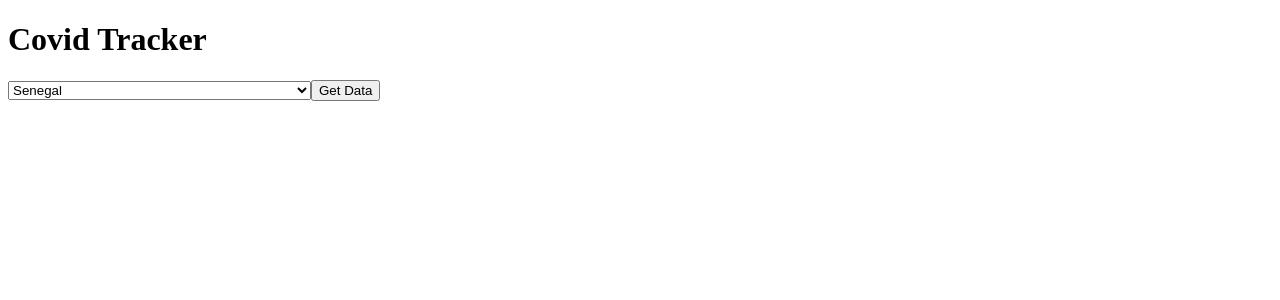
Repository: isopets/react-corona-tracker-app
Page: /
These files come from the project's save history. The page is drawn as it stood at one moment and after a run of saves; the edit follows.
The browser window is 1280 px wide. The pictures show the whole page.
The project was rebuilt for these pictures with package versions that can differ from the ones it lists, and the page was loaded fresh each time. Also part of the build but not shown: src/App.css.

Above is the page before, as saved 2022-06-17 01:21:31.

### src/App.js
import "./App.css";
import TopPage from "./pages/TopPage";

function App() {
  return (
    <div>
      <TopPage />
    </div>
  );
}

export default App;

### src/pages/TopPage.js
import Title from "../components/Title";
import Selector from "../components/Selector";
const TopPage = () => {
  return (
    <div>
      <Title />
      <Selector />
    </div>
  );
};

export default TopPage;

### src/components/Title.js
const Title = () => {
  return <div><h1>Covid Tracker</h1> </div>;
};

export default Title;

### src/components/Selector.js
import countriesJson from "../countries.json";
import {useState} from "react";
const Selector = () => {
  const [country, setCountry] = useState("");
  const getCountryData = () => {
    fetch("https://api.covid19api.com/country/{country}")
      .then(res => res.json())
      .then(data => console.log(data));
  };
  return (
    <div>
      <select onChange={e => setCountry(e.target.value)}>
        {countriesJson.map((country, index) => (
          <option key={index} value={country.Slug}>
            {country.Country}
          </option>
        ))}
      </select>
      <button onClick={getCountryData}>Get Data</button>
    </div>
  );
};

export default Selector;

### src/countries.json
[{
        "Country": "Senegal",
        "Slug": "senegal",
        "ISO2": "SN"
    },
    {
        "Country": "United States of America",
        "Slug": "united-states",
        "ISO2": "US"
    },
    {
        "Country": "Antigua and Barbuda",
        "Slug": "antigua-and-barbuda",
        "ISO2": "AG"
    },
    {
        "Country": "Greece",
        "Slug": "greece",
        "ISO2": "GR"
    },
    {
        "Country": "Myanmar",
        "Slug": "myanmar",
        "ISO2": "MM"
    },
    {
        "Country": "Angola",
        "Slug": "angola",
        "ISO2": "AO"
    },
    {
        "Country": "British Virgin Islands",
        "Slug": "british-virgin-islands",
        "ISO2": "VG"
    },
    {
        "Country": "Japan",
        "Slug": "japan",
        "ISO2": "JP"
    },
    {
        "Country": "Liechtenstein",
        "Slug": "liechtenstein",
        "ISO2": "LI"
    },
    {
        "Country": "Nigeria",
        "Slug": "nigeria",
        "ISO2": "NG"
    },
    {
        "Country": "Rwanda",
        "Slug": "rwanda",
        "ISO2": "RW"
    },
    {
        "Country": "Vanuatu",
        "Slug": "vanuatu",
        "ISO2": "VU"
    },
    {
        "Country": "Mali",
        "Slug": "mali",
        "ISO2": "ML"
    },
    {
        "Country": "Nauru",
        "Slug": "nauru",
        "ISO2": "NR"
    },
    {
        "Country": "Brazil",
        "Slug": "brazil",
        "ISO2": "BR"
    },
    {
        "Country": "Chile",
        "Slug": "chile",
        "ISO2": "CL"
    },
    {
        "Country": "Cocos (Keeling) Islands",
        "Slug": "cocos-keeling-islands",
        "ISO2": "CC"
    },
    {
        "Country": "Grenada",
        "Slug": "grenada",
        "ISO2": "GD"
    },
    {
        "Country": "Slovenia",
        "Slug": "slovenia",
        "ISO2": "SI"
    },
    {
        "Country": "Virgin Islands, US",
        "Slug": "virgin-islands",
        "ISO2": "VI"
    },
    {
        "Country": "Belize",
        "Slug": "belize",
        "ISO2": "BZ"
    },
    {
        "Country": "Comoros",
        "Slug": "comoros",
        "ISO2": "KM"
    },
    {
        "Country": "Estonia",
        "Slug": "estonia",
        "ISO2": "EE"
    },
    {
        "Country": "Singapore",
        "Slug": "singapore",
        "ISO2": "SG"
    },
    {
        "Country": "Barbados",
        "Slug": "barbados",
        "ISO2": "BB"
    },
    {
        "Country": "Namibia",
        "Slug": "namibia",
        "ISO2": "NA"
    },
    {
        "Country": "Tunisia",
        "Slug": "tunisia",
        "ISO2": "TN"
    },
    {
        "Country": "Central African Republic",
        "Slug": "central-african-republic",
        "ISO2": "CF"
    },
    {
        "Country": "Costa Rica",
        "Slug": "costa-rica",
        "ISO2": "CR"
    },
    {
        "Country": "Jersey",
        "Slug": "jersey",
        "ISO2": "JE"
    },
    {
        "Country": "Romania",
        "Slug": "romania",
        "ISO2": "RO"
    },
    {
        "Country": "Western Sahara",
        "Slug": "western-sahara",
        "ISO2": "EH"
    },
    {
        "Country": "Cameroon",
        "Slug": "cameroon",
        "ISO2": "CM"
    },
    {
        "Country": "Tonga",
        "Slug": "tonga",
        "ISO2": "TO"
    },
    {
        "Country": "American Samoa",
        "Slug": "american-samoa",
        "ISO2": "AS"
    },
    {
        "Country": "Colombia",
        "Slug": "colombia",
        "ISO2": "CO"
    },
    {
        "Country": "Mayotte",
        "Slug": "mayotte",
        "ISO2": "YT"
    },
    {
        "Country": "Uzbekistan",
        "Slug": "uzbekistan",
        "ISO2": "UZ"
    },
    {
        "Country": "Eritrea",
        "Slug": "eritrea",
        "ISO2": "ER"
    },
    {
        "Country": "Mongolia",
        "Slug": "mongolia",
        "ISO2": "MN"
    },
    {
        "Country": "New Caledonia",
        "Slug": "new-caledonia",
        "ISO2": "NC"
    },
    {
        "Country": "Zambia",
        "Slug": "zambia",
        "ISO2": "ZM"
    },
    {
        "Country": "Mexico",
        "Slug": "mexico",
        "ISO2": "MX"
    },
    {
        "Country": "Papua New Guinea",
        "Slug": "papua-new-guinea",
        "ISO2": "PG"
    },
    {
        "Country": "Liberia",
        "Slug": "liberia",
        "ISO2": "LR"
    },
    {
        "Country": "Malaysia",
        "Slug": "malaysia",
        "ISO2": "MY"
    },
    {
        "Country": "Niger",
        "Slug": "niger",
        "ISO2": "NE"
    },
    {
        "Country": "India",
        "Slug": "india",
        "ISO2": "IN"
    },
    {
        "Country": "Guinea",
        "Slug": "guinea",
        "ISO2": "GN"
    },
    {
        "Country": "Malawi",
        "Slug": "malawi",
        "ISO2": "MW"
    },
    {
        "Country": "Maldives",
        "Slug": "maldives",
        "ISO2": "MV"
    },
    {
        "Country": "Uganda",
        "Slug": "uganda",
        "ISO2": "UG"
    },
    {
        "Country": "Dominican Republic",
        "Slug": "dominican-republic",
        "ISO2": "DO"
    },
    {
        "Country": "French Polynesia",
        "Slug": "french-polynesia",
        "ISO2": "PF"
    },
    {
        "Country": "Gabon",
        "Slug": "gabon",
        "ISO2": "GA"
    },
    {
        "Country": "Martinique",
        "Slug": "martinique",
        "ISO2": "MQ"
    },
    {
        "Country": "Niue",
        "Slug": "niue",
        "ISO2": "NU"
    },
    {
        "Country": "San Marino",
        "Slug": "san-marino",
        "ISO2": "SM"
    },
    {
        "Country": "Burkina Faso",
        "Slug": "burkina-faso",
        "ISO2": "BF"
    },
    {
        "Country": "Cape Verde",
        "Slug": "cape-verde",
        "ISO2": "CV"
    },
    {
        "Country": "Guyana",
        "Slug": "guyana",
        "ISO2": "GY"
    },
    {
        "Country": "Kiribati",
        "Slug": "kiribati",
        "ISO2": "KI"
    },
    {
        "Country": "Libya",
        "Slug": "libya",
        "ISO2": "LY"
    },
    {
        "Country": "Mauritius",
        "Slug": "mauritius",
        "ISO2": "MU"
    },
    {
        "Country": "Saint Pierre and Miquelon",
        "Slug": "saint-pierre-and-miquelon",
        "ISO2": "PM"
    },
    {
        "Country": "Belgium",
        "Slug": "belgium",
        "ISO2": "BE"
    },
    {
        "Country": "Thailand",
        "Slug": "thailand",
        "ISO2": "TH"
    },
    {
        "Country": "Dominica",
        "Slug": "dominica",
        "ISO2": "DM"
    },
    {
        "Country": "Netherlands",
        "Slug": "netherlands",
        "ISO2": "NL"
    },
    {
        "Country": "Republic of Kosovo",
        "Slug": "kosovo",
        "ISO2": "XK"
    },
    {
        "Country": "Brunei Darussalam",
        "Slug": "brunei",
        "ISO2": "BN"
    },
    {
        "Country": "Algeria",
        "Slug": "algeria",
        "ISO2": "DZ"
    },
    {
        "Country": "Anguilla",
        "Slug": "anguilla",
        "ISO2": "AI"
    },
    {
        "Country": "Croatia",
        "Slug": "croatia",
        "ISO2": "HR"
    },
    {
        "Country": "Faroe Islands",
        "Slug": "faroe-islands",
        "ISO2": "FO"
    },
    {
        "Country": "Saint Helena",
        "Slug": "saint-helena",
        "ISO2": "SH"
    },
    {
        "Country": "Saint Kitts and Nevis",
        "Slug": "saint-kitts-and-nevis",
        "ISO2": "KN"
    },
    {
        "Country": "Serbia",
        "Slug": "serbia",
        "ISO2": "RS"
    },
    {
        "Country": "Egypt",
        "Slug": "egypt",
        "ISO2": "EG"
    },
    {
        "Country": "Israel",
        "Slug": "israel",
        "ISO2": "IL"
    },
    {
        "Country": "Uruguay",
        "Slug": "uruguay",
        "ISO2": "UY"
    },
    {
        "Country": "British Indian Ocean Territory",
        "Slug": "british-indian-ocean-territory",
        "ISO2": "IO"
    },
    {
        "Country": "Isle of Man",
        "Slug": "isle-of-man",
        "ISO2": "IM"
    },
    {
        "Country": "Korea (North)",
        "Slug": "korea-north",
        "ISO2": "KP"
    },
    {
        "Country": "Macedonia, Republic of",
        "Slug": "macedonia",
        "ISO2": "MK"
    },
    {
        "Country": "Marshall Islands",
        "Slug": "marshall-islands",
        "ISO2": "MH"
    },
    {
        "Country": "Slovakia",
        "Slug": "slovakia",
        "ISO2": "SK"
    },
    {
        "Country": "South Africa",
        "Slug": "south-africa",
        "ISO2": "ZA"
    },
    {
        "Country": "Turkey",
        "Slug": "turkey",
        "ISO2": "TR"
    },
    {
        "Country": "Spain",
        "Slug": "spain",
        "ISO2": "ES"
    },
    {
        "Country": "Sweden",
        "Slug": "sweden",
        "ISO2": "SE"
    },
    {
        "Country": "Switzerland",
        "Slug": "switzerland",
        "ISO2": "CH"
    },
    {
        "Country": "Cayman Islands",
        "Slug": "cayman-islands",
        "ISO2": "KY"
    },
    {
        "Country": "Hong Kong, SAR China",
        "Slug": "hong-kong-sar-china",
        "ISO2": "HK"
    },
    {
        "Country": "Bangladesh",
        "Slug": "bangladesh",
        "ISO2": "BD"
    },
    {
        "Country": "Lebanon",
        "Slug": "lebanon",
        "ISO2": "LB"
    },
    {
        "Country": "Saint Lucia",
        "Slug": "saint-lucia",
        "ISO2": "LC"
    },
    {
        "Country": "Saint Vincent and Grenadines",
        "Slug": "saint-vincent-and-the-grenadines",
        "ISO2": "VC"
    },
    {
        "Country": "Solomon Islands",
        "Slug": "solomon-islands",
        "ISO2": "SB"
    },
    {
        "Country": "Afghanistan",
        "Slug": "afghanistan",
        "ISO2": "AF"
    },
    {
        "Country": "Georgia",
        "Slug": "georgia",
        "ISO2": "GE"
    },
    {
        "Country": "Jamaica",
        "Slug": "jamaica",
        "ISO2": "JM"
    },
    {
        "Country": "Antarctica",
        "Slug": "antarctica",
        "ISO2": "AQ"
    },
    {
        "Country": "Denmark",
        "Slug": "denmark",
        "ISO2": "DK"
    },
    {
        "Country": "Ecuador",
        "Slug": "ecuador",
        "ISO2": "EC"
    },
    {
        "Country": "Sri Lanka",
        "Slug": "sri-lanka",
        "ISO2": "LK"
    },
    {
        "Country": "Guam",
        "Slug": "guam",
        "ISO2": "GU"
    },
    {
        "Country": "Saint-Barthélemy",
        "Slug": "saint-barthélemy",
        "ISO2": "BL"
    },
    {
        "Country": "ALA Aland Islands",
        "Slug": "ala-aland-islands",
        "ISO2": "AX"
    },
    {
        "Country": "Czech Republic",
        "Slug": "czech-republic",
        "ISO2": "CZ"
    },
    {
        "Country": "Lithuania",
        "Slug": "lithuania",
        "ISO2": "LT"
    },
    {
        "Country": "Tuvalu",
        "Slug": "tuvalu",
        "ISO2": "TV"
    },
    {
        "Country": "Azerbaijan",
        "Slug": "azerbaijan",
        "ISO2": "AZ"
    },
    {
        "Country": "Luxembourg",
        "Slug": "luxembourg",
        "ISO2": "LU"
    },
    {
        "Country": "Ethiopia",
        "Slug": "ethiopia",
        "ISO2": "ET"
    },
    {
        "Country": "Armenia",
        "Slug": "armenia",
        "ISO2": "AM"
    },
    {
        "Country": "Bahamas",
        "Slug": "bahamas",
        "ISO2": "BS"
    },
    {
        "Country": "Germany",
        "Slug": "germany",
        "ISO2": "DE"
    },
    {
        "Country": "Malta",
        "Slug": "malta",
        "ISO2": "MT"
    },
    {
        "Country": "Argentina",
        "Slug": "argentina",
        "ISO2": "AR"
    },
    {
        "Country": "Bhutan",
        "Slug": "bhutan",
        "ISO2": "BT"
    },
    {
        "Country": "Cuba",
        "Slug": "cuba",
        "ISO2": "CU"
    },
    {
        "Country": "Kuwait",
        "Slug": "kuwait",
        "ISO2": "KW"
    },
    {
        "Country": "Latvia",
        "Slug": "latvia",
        "ISO2": "LV"
    },
    {
        "Country": "Peru",
        "Slug": "peru",
        "ISO2": "PE"
    },
    {
        "Country": "Northern Mariana Islands",
        "Slug": "northern-mariana-islands",
        "ISO2": "MP"
    },
    {
        "Country": "Palau",
        "Slug": "palau",
        "ISO2": "PW"
    },
    {
        "Country": "Syrian Arab Republic (Syria)",
        "Slug": "syria",
        "ISO2": "SY"
    },
    {
        "Country": "Viet Nam",
        "Slug": "vietnam",
        "ISO2": "VN"
    },
    {
        "Country": "El Salvador",
        "Slug": "el-salvador",
        "ISO2": "SV"
    },
    {
        "Country": "Falkland Islands (Malvinas)",
        "Slug": "falkland-islands-malvinas",
        "ISO2": "FK"
    },
    {
        "Country": "Fiji",
        "Slug": "fiji",
        "ISO2": "FJ"
    },
    {
        "Country": "Gibraltar",
        "Slug": "gibraltar",
        "ISO2": "GI"
    },
    {
        "Country": "Micronesia, Federated States of",
        "Slug": "micronesia",
        "ISO2": "FM"
    },
    {
        "Country": "Nepal",
        "Slug": "nepal",
        "ISO2": "NP"
    },
    {
        "Country": "Bolivia",
        "Slug": "bolivia",
        "ISO2": "BO"
    },
    {
        "Country": "Wallis and Futuna Islands",
        "Slug": "wallis-and-futuna-islands",
        "ISO2": "WF"
    },
    {
        "Country": "Burundi",
        "Slug": "burundi",
        "ISO2": "BI"
    },
    {
        "Country": "Honduras",
        "Slug": "honduras",
        "ISO2": "HN"
    },
    {
        "Country": "Hungary",
        "Slug": "hungary",
        "ISO2": "HU"
    },
    {
        "Country": "Somalia",
        "Slug": "somalia",
        "ISO2": "SO"
    },
    {
        "Country": "Timor-Leste",
        "Slug": "timor-leste",
        "ISO2": "TL"
    },
    {
        "Country": "Turks and Caicos Islands",
        "Slug": "turks-and-caicos-islands",
        "ISO2": "TC"
    },
    {
        "Country": "Djibouti",
        "Slug": "djibouti",
        "ISO2": "DJ"
    },
    {
        "Country": "Paraguay",
        "Slug": "paraguay",
        "ISO2": "PY"
    },
    {
        "Country": "Sierra Leone",
        "Slug": "sierra-leone",
        "ISO2": "SL"
    },
    {
        "Country": "Sudan",
        "Slug": "sudan",
        "ISO2": "SD"
    },
    {
        "Country": "Côte d'Ivoire",
        "Slug": "cote-divoire",
        "ISO2": "CI"
    },
    {
        "Country": "Netherlands Antilles",
        "Slug": "netherlands-antilles",
        "ISO2": "AN"
    },
    {
        "Country": "Nicaragua",
        "Slug": "nicaragua",
        "ISO2": "NI"
    },
    {
        "Country": "Pakistan",
        "Slug": "pakistan",
        "ISO2": "PK"
    },
    {
        "Country": "Puerto Rico",
        "Slug": "puerto-rico",
        "ISO2": "PR"
    },
    {
        "Country": "Sao Tome and Principe",
        "Slug": "sao-tome-and-principe",
        "ISO2": "ST"
    },
    {
        "Country": "Italy",
        "Slug": "italy",
        "ISO2": "IT"
    },
    {
        "Country": "Bouvet Island",
        "Slug": "bouvet-island",
        "ISO2": "BV"
    },
    {
        "Country": "Bulgaria",
        "Slug": "bulgaria",
        "ISO2": "BG"
    },
    {
        "Country": "Cook Islands",
        "Slug": "cook-islands",
        "ISO2": "CK"
    },
    {
        "Country": "Turkmenistan",
        "Slug": "turkmenistan",
        "ISO2": "TM"
    },
    {
        "Country": "Aruba",
        "Slug": "aruba",
        "ISO2": "AW"
    },
    {
        "Country": "Montenegro",
        "Slug": "montenegro",
        "ISO2": "ME"
    },
    {
        "Country": "Morocco",
        "Slug": "morocco",
        "ISO2": "MA"
    },
    {
        "Country": "Russian Federation",
        "Slug": "russia",
        "ISO2": "RU"
    },
    {
        "Country": "Equatorial Guinea",
        "Slug": "equatorial-guinea",
        "ISO2": "GQ"
    },
    {
        "Country": "Qatar",
        "Slug": "qatar",
        "ISO2": "QA"
    },
    {
        "Country": "Greenland",
        "Slug": "greenland",
        "ISO2": "GL"
    },
    {
        "Country": "Palestinian Territory",
        "Slug": "palestine",
        "ISO2": "PS"
    },
    {
        "Country": "Réunion",
        "Slug": "réunion",
        "ISO2": "RE"
    },
    {
        "Country": "Seychelles",
        "Slug": "seychelles",
        "ISO2": "SC"
    },
    {
        "Country": "Tajikistan",
        "Slug": "tajikistan",
        "ISO2": "TJ"
    },
    {
        "Country": "Montserrat",
        "Slug": "montserrat",
        "ISO2": "MS"
    },
    {
        "Country": "United Arab Emirates",
        "Slug": "united-arab-emirates",
        "ISO2": "AE"
    },
    {
        "Country": "Guatemala",
        "Slug": "guatemala",
        "ISO2": "GT"
    },
    {
        "Country": "Madagascar",
        "Slug": "madagascar",
        "ISO2": "MG"
    },
    {
        "Country": "Bosnia and Herzegovina",
        "Slug": "bosnia-and-herzegovina",
        "ISO2": "BA"
    },
    {
        "Country": "Trinidad and Tobago",
        "Slug": "trinidad-and-tobago",
        "ISO2": "TT"
    },
    {
        "Country": "United Kingdom",
        "Slug": "united-kingdom",
        "ISO2": "GB"
    },
    {
        "Country": "Finland",
        "Slug": "finland",
        "ISO2": "FI"
    },
    {
        "Country": "Kyrgyzstan",
        "Slug": "kyrgyzstan",
        "ISO2": "KG"
    },
    {
        "Country": "Macao, SAR China",
        "Slug": "macao-sar-china",
        "ISO2": "MO"
    },
    {
        "Country": "Moldova",
        "Slug": "moldova",
        "ISO2": "MD"
    },
    {
        "Country": "Botswana",
        "Slug": "botswana",
        "ISO2": "BW"
    },
    {
        "Country": "Korea (South)",
        "Slug": "korea-south",
        "ISO2": "KR"
    },
    {
        "Country": "Oman",
        "Slug": "oman",
        "ISO2": "OM"
    },
    {
        "Country": "Saudi Arabia",
        "Slug": "saudi-arabia",
        "ISO2": "SA"
    },
    {
        "Country": "South Georgia and the South Sandwich Islands",
        "Slug": "south-georgia-and-the-south-sandwich-islands",
        "ISO2": "GS"
    },
    {
        "Country": "Swaziland",
        "Slug": "swaziland",
        "ISO2": "SZ"
    },
    {
        "Country": "China",
        "Slug": "china",
        "ISO2": "CN"
    },
    {
        "Country": "Bermuda",
        "Slug": "bermuda",
        "ISO2": "BM"
    },
    {
        "Country": "Iceland",
        "Slug": "iceland",
        "ISO2": "IS"
    },
    {
        "Country": "Christmas Island",
        "Slug": "christmas-island",
        "ISO2": "CX"
    },
    {
        "Country": "Congo (Brazzaville)",
        "Slug": "congo-brazzaville",
        "ISO2": "CG"
    },
    {
        "Country": "Kazakhstan",
        "Slug": "kazakhstan",
        "ISO2": "KZ"
    },
    {
        "Country": "Taiwan, Republic of China",
        "Slug": "taiwan",
        "ISO2": "TW"
    },
    {
        "Country": "Togo",
        "Slug": "togo",
        "ISO2": "TG"
    },
    {
        "Country": "Venezuela (Bolivarian Republic)",
        "Slug": "venezuela",
        "ISO2": "VE"
    },
    {
        "Country": "Tanzania, United Republic of",
        "Slug": "tanzania",
        "ISO2": "TZ"
    },
    {
        "Country": "US Minor Outlying Islands",
        "Slug": "us-minor-outlying-islands",
        "ISO2": "UM"
    },
    {
        "Country": "Saint-Martin (French part)",
        "Slug": "saint-martin-french-part",
        "ISO2": "MF"
    },
    {
        "Country": "Albania",
        "Slug": "albania",
        "ISO2": "AL"
    },
    {
        "Country": "Heard and Mcdonald Islands",
        "Slug": "heard-and-mcdonald-islands",
        "ISO2": "HM"
    },
    {
        "Country": "Austria",
        "Slug": "austria",
        "ISO2": "AT"
    },
    {
        "Country": "Panama",
        "Slug": "panama",
        "ISO2": "PA"
    },
    {
        "Country": "Iraq",
        "Slug": "iraq",
        "ISO2": "IQ"
    },
    {
        "Country": "Ireland",
        "Slug": "ireland",
        "ISO2": "IE"
    },
    {
        "Country": "Mozambique",
        "Slug": "mozambique",
        "ISO2": "MZ"
    },
    {
        "Country": "Philippines",
        "Slug": "philippines",
        "ISO2": "PH"
    },
    {
        "Country": "Ukraine",
        "Slug": "ukraine",
        "ISO2": "UA"
    },
    {
        "Country": "Ghana",
        "Slug": "ghana",
        "ISO2": "GH"
    },
    {
        "Country": "Mauritania",
        "Slug": "mauritania",
        "ISO2": "MR"
    },
    {
        "Country": "Norway",
        "Slug": "norway",
        "ISO2": "NO"
    },
    {
        "Country": "Chad",
        "Slug": "chad",
        "ISO2": "TD"
    },
    {
        "Country": "Kenya",
        "Slug": "kenya",
        "ISO2": "KE"
    },
    {
        "Country": "Lao PDR",
        "Slug": "lao-pdr",
        "ISO2": "LA"
    },
    {
        "Country": "Svalbard and Jan Mayen Islands",
        "Slug": "svalbard-and-jan-mayen-islands",
        "ISO2": "SJ"
    },
    {
        "Country": "Benin",
        "Slug": "benin",
        "ISO2": "BJ"
    },
    {
        "Country": "Samoa",
        "Slug": "samoa",
        "ISO2": "WS"
    },
    {
        "Country": "South Sudan",
        "Slug": "south-sudan",
        "ISO2": "SS"
    },
    {
        "Country": "Belarus",
        "Slug": "belarus",
        "ISO2": "BY"
    },
    {
        "Country": "Cambodia",
        "Slug": "cambodia",
        "ISO2": "KH"
    },
    {
        "Country": "Cyprus",
        "Slug": "cyprus",
        "ISO2": "CY"
    },
    {
        "Country": "Jordan",
        "Slug": "jordan",
        "ISO2": "JO"
    },
    {
        "Country": "Portugal",
        "Slug": "portugal",
        "ISO2": "PT"
    },
    {
        "Country": "Bahrain",
        "Slug": "bahrain",
        "ISO2": "BH"
    },
    {
        "Country": "Suriname",
        "Slug": "suriname",
        "ISO2": "SR"
    },
    {
        "Country": "Andorra",
        "Slug": "andorra",
        "ISO2": "AD"
    },
    {
        "Country": "Guernsey",
        "Slug": "guernsey",
        "ISO2": "GG"
    },
    {
        "Country": "New Zealand",
        "Slug": "new-zealand",
        "ISO2": "NZ"
    },
    {
        "Country": "Pitcairn",
        "Slug": "pitcairn",
        "ISO2": "PN"
    },
    {
        "Country": "Tokelau",
        "Slug": "tokelau",
        "ISO2": "TK"
    },
    {
        "Country": "French Southern Territories",
        "Slug": "french-southern-territories",
        "ISO2": "TF"
    },
    {
        "Country": "Congo (Kinshasa)",
        "Slug": "congo-kinshasa",
        "ISO2": "CD"
    },
    {
        "Country": "French Guiana",
        "Slug": "french-guiana",
        "ISO2": "GF"
    },
    {
        "Country": "Guinea-Bissau",
        "Slug": "guinea-bissau",
        "ISO2": "GW"
    },
    {
        "Country": "Haiti",
        "Slug": "haiti",
        "ISO2": "HT"
    },
    {
        "Country": "Holy See (Vatican City State)",
        "Slug": "holy-see-vatican-city-state",
        "ISO2": "VA"
    },
    {
        "Country": "Zimbabwe",
        "Slug": "zimbabwe",
        "ISO2": "ZW"
    },
    {
        "Country": "Australia",
        "Slug": "australia",
        "ISO2": "AU"
    },
    {
        "Country": "France",
        "Slug": "france",
        "ISO2": "FR"
    },
    {
        "Country": "Gambia",
        "Slug": "gambia",
        "ISO2": "GM"
    },
    {
        "Country": "Indonesia",
        "Slug": "indonesia",
        "ISO2": "ID"
    },
    {
        "Country": "Iran, Islamic Republic of",
        "Slug": "iran",
        "ISO2": "IR"
    },
    {
        "Country": "Monaco",
        "Slug": "monaco",
        "ISO2": "MC"
    },
    {
        "Country": "Norfolk Island",
        "Slug": "norfolk-island",
        "ISO2": "NF"
    },
    {
        "Country": "Canada",
        "Slug": "canada",
        "ISO2": "CA"
    },
    {
        "Country": "Guadeloupe",
        "Slug": "guadeloupe",
        "ISO2": "GP"
    },
    {
        "Country": "Lesotho",
        "Slug": "lesotho",
        "ISO2": "LS"
    },
    {
        "Country": "Poland",
        "Slug": "poland",
        "ISO2": "PL"
    },
    {
        "Country": "Yemen",
        "Slug": "yemen",
        "ISO2": "YE"
    }
]

Loaded but not shown: public/index.html (common file); src/index.js (common file)

After the next 5 saves:
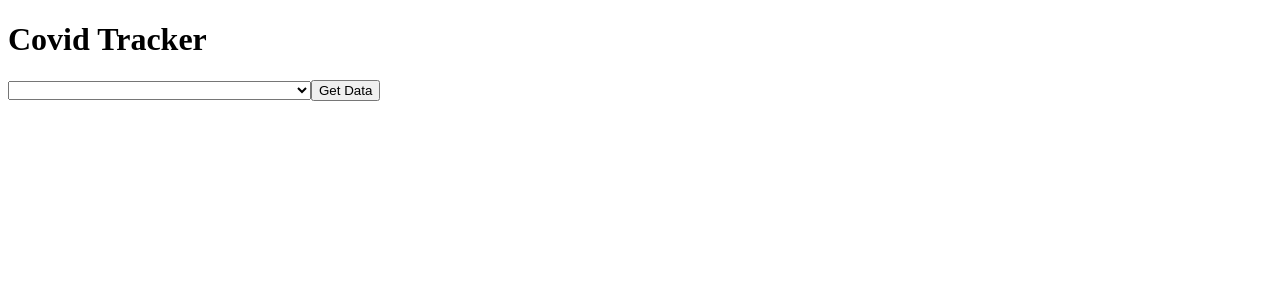
The 5 saves are shown as one change because they came seconds apart.
The last was saved 37 s later.
--- a/src/components/Selector.js
+++ b/src/components/Selector.js
@@ -10,6 +10,7 @@ const Selector = () => {
   return (
     <div>
       <select onChange={e => setCountry(e.target.value)}>
+        <option></option>
         {countriesJson.map((country, index) => (
           <option key={index} value={country.Slug}>
             {country.Country}
